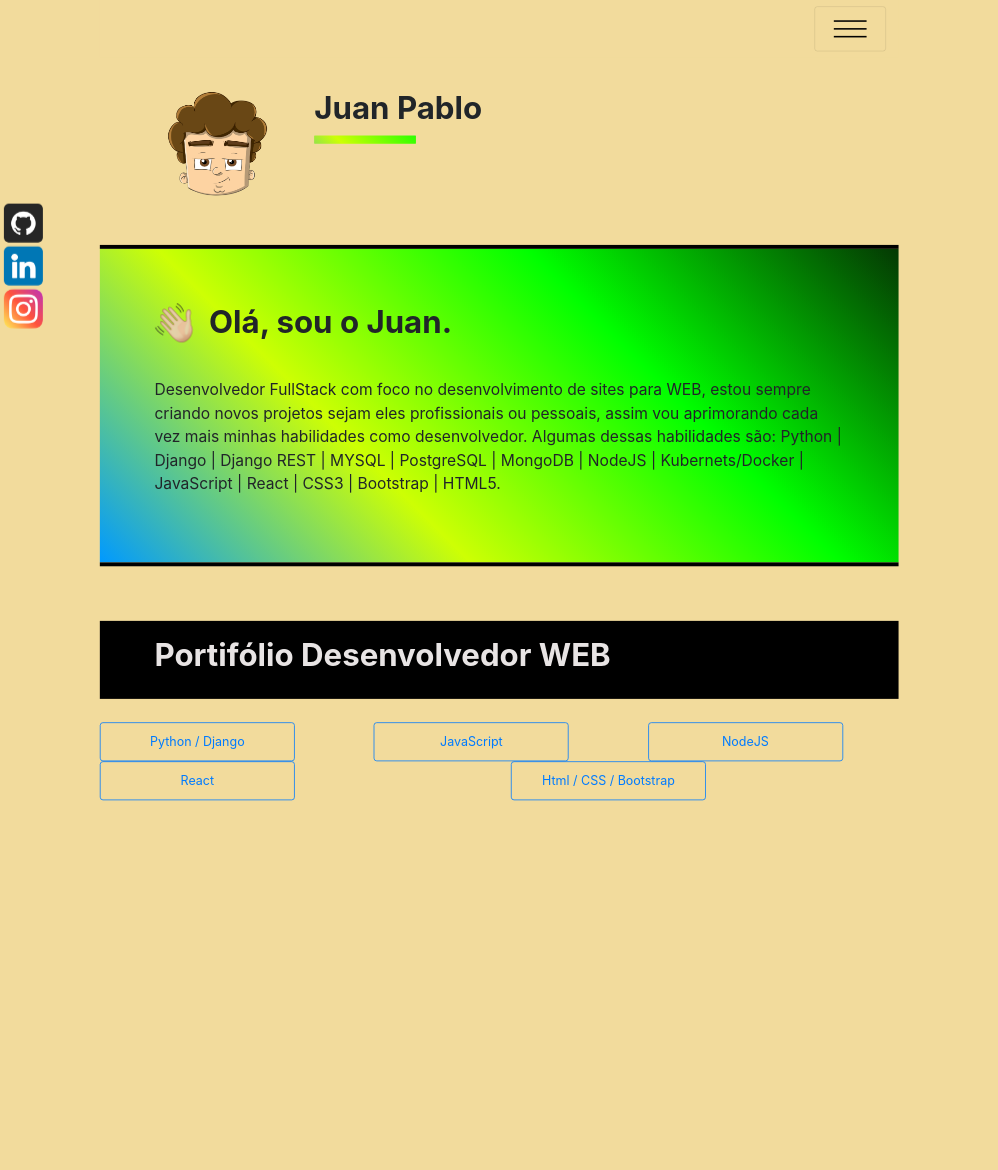
Repository: JuanPabloDS/portifolio
Page: http://localhost/
These files come from the project's save history. The page is drawn as it stood at one moment and after the next save; the edit follows.
The browser window is 1280 px wide. The pictures show the whole page, at 78% of full size.
The page is served by the project's application, run on Django 4.2 (manage.py).

Above is the page before, as saved 2023-02-23 10:19:19.

After the next save:
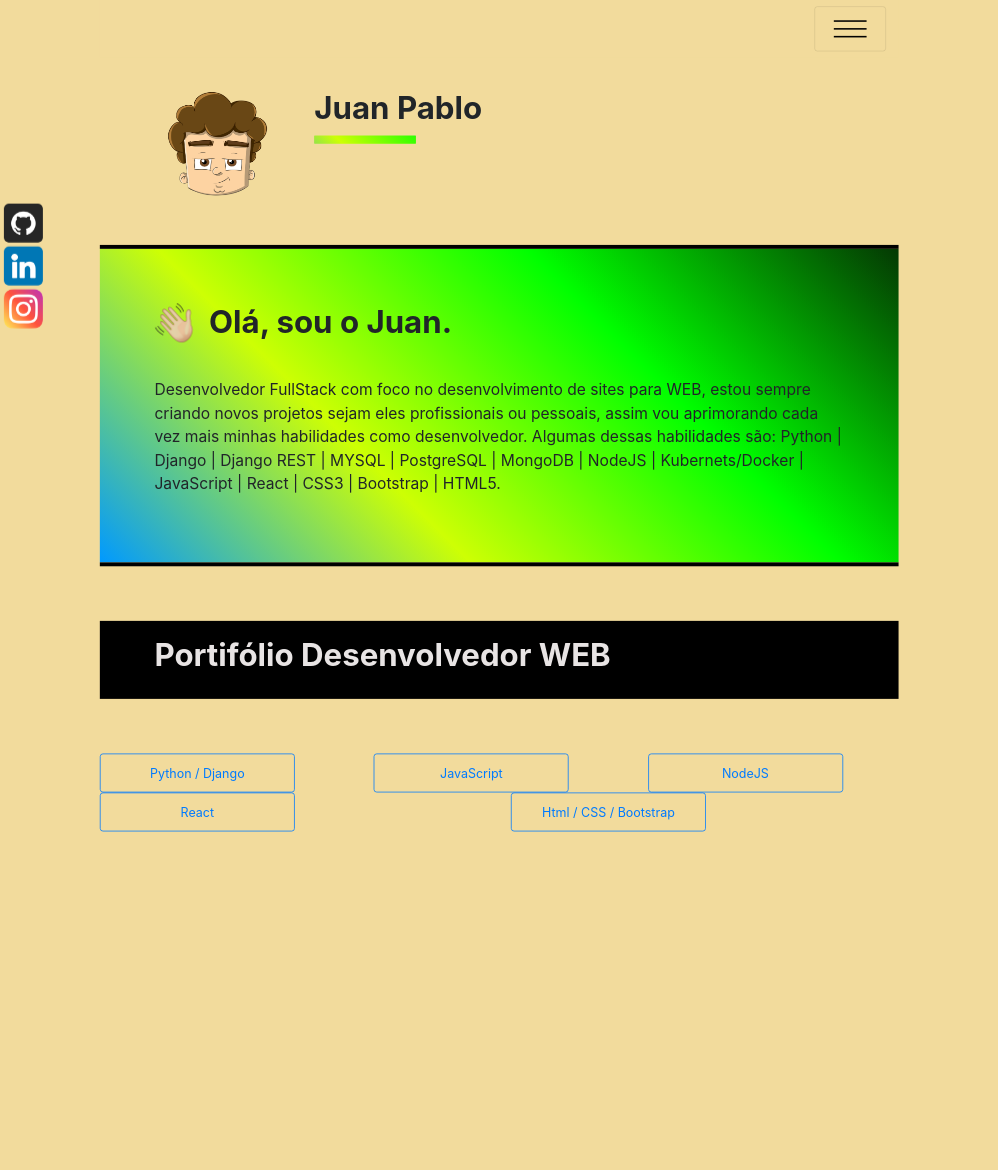
Saved 50 s later.
--- a/core/static/css/style.css
+++ b/core/static/css/style.css
@@ -358,7 +358,7 @@ body{
 }
 
 .dev-menu {
-    margin-top: 30px;
+    margin-top: 70px;
     display: flex;
     flex-direction: row ;
     flex-wrap: wrap;
